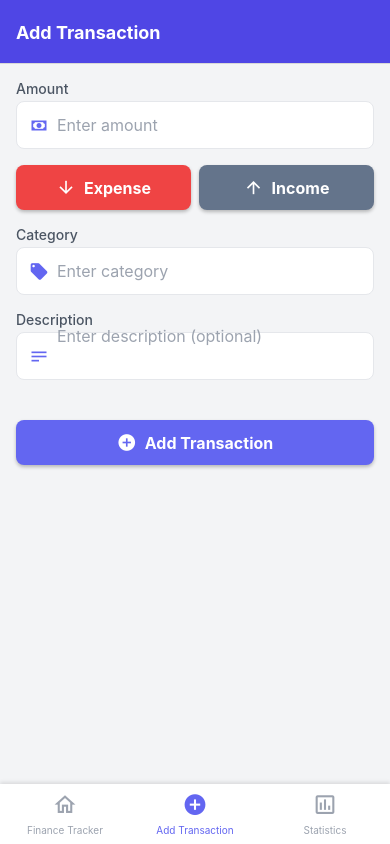
Repository: FarhanAryadi/FinTrack
Screen: /Add
These files come from the project's save history. The screen is drawn as it stood at one moment and after a run of saves; the edit follows.
The page's requests for data from a server got no answer. The app was drawn by React Native's web renderer in a window 390 px wide. The project was rebuilt for these pictures with package versions that can differ from the ones it lists, and the page was loaded fresh each time. No one was signed in, and anything a server would have sent is missing. Also part of the build but not shown: src/components/transactions/TransactionCard.tsx, src/screens/StatisticsScreen.tsx.

Above is the screen before, as saved 2025-03-06 12:50:43.

### App.tsx
import { MaterialCommunityIcons } from '@expo/vector-icons';
import { createBottomTabNavigator } from '@react-navigation/bottom-tabs';
import { NavigationContainer } from '@react-navigation/native';
import { StatusBar } from 'expo-status-bar';
import React from 'react';

import { AddTransactionScreen } from './src/screens/AddTransactionScreen';
import HomeScreen from './src/screens/HomeScreen';
import StatisticsScreen from './src/screens/StatisticsScreen';

const Tab = createBottomTabNavigator();

type IconName = React.ComponentProps<typeof MaterialCommunityIcons>['name'];

export default function App() {
	return (
		<NavigationContainer>
			<StatusBar style="light" />
			<Tab.Navigator
				screenOptions={({ route }) => ({
					tabBarIcon: ({ focused, color, size }) => {
						let iconName: IconName = 'home';

						if (route.name === 'Home') {
							iconName = focused ? 'home' : 'home-outline';
						} else if (route.name === 'Add') {
							iconName = focused ? 'plus-circle' : 'plus-circle-outline';
						} else if (route.name === 'Statistics') {
							iconName = focused ? 'chart-box' : 'chart-box-outline';
						}

						return (
							<MaterialCommunityIcons
								name={iconName}
								size={size}
								color={color}
							/>
						);
					},
					tabBarActiveTintColor: '#6366f1',
					tabBarInactiveTintColor: '#9ca3af',
					tabBarStyle: {
						backgroundColor: 'white',
						borderTopWidth: 0,
						elevation: 10,
						shadowColor: '#000',
						shadowOffset: {
							width: 0,
							height: -2,
						},
						shadowOpacity: 0.1,
						shadowRadius: 3.84,
						height: 60,
						paddingBottom: 8,
					},
					headerStyle: {
						backgroundColor: '#4f46e5',
						elevation: 0,
						shadowOpacity: 0,
					},
					headerTintColor: 'white',
					headerTitleStyle: {
						fontWeight: 'bold',
					},
				})}
			>
				<Tab.Screen
					name="Home"
					component={HomeScreen}
					options={{
						title: 'Finance Tracker',
					}}
				/>
				<Tab.Screen
					name="Add"
					component={AddTransactionScreen}
					options={{
						title: 'Add Transaction',
					}}
				/>
				<Tab.Screen
					name="Statistics"
					component={StatisticsScreen}
					options={{
						title: 'Statistics',
					}}
				/>
			</Tab.Navigator>
		</NavigationContainer>
	);
}

### src/screens/AddTransactionScreen.tsx
import React, { useState } from 'react';
import { View, StyleSheet, ScrollView } from 'react-native';
import { useNavigation } from '@react-navigation/native';
import { Button } from '../components/common/Button';
import { Input } from '../components/common/Input';
import { useTransactions } from '../hooks/useTransactions';
import { TransactionFormData } from '../types/transaction';

export const AddTransactionScreen: React.FC = () => {
	const navigation = useNavigation();
	const { createTransaction } = useTransactions();
	const [loading, setLoading] = useState(false);
	const [form, setForm] = useState<TransactionFormData>({
		amount: '',
		type: 'EXPENSE',
		category: '',
		description: '',
		date: new Date(),
	});
	const [errors, setErrors] = useState<
		Partial<Record<keyof TransactionFormData, string>>
	>({});

	const validateForm = () => {
		const newErrors: typeof errors = {};

		if (!form.amount) {
			newErrors.amount = 'Amount is required';
		} else if (isNaN(Number(form.amount))) {
			newErrors.amount = 'Amount must be a number';
		}

		if (!form.category) {
			newErrors.category = 'Category is required';
		}

		setErrors(newErrors);
		return Object.keys(newErrors).length === 0;
	};

	const handleSubmit = async () => {
		if (!validateForm()) return;

		try {
			setLoading(true);
			await createTransaction(form);
			navigation.goBack();
		} catch (error) {
			console.error('Error creating transaction:', error);
		} finally {
			setLoading(false);
		}
	};

	return (
		<ScrollView style={styles.container}>
			<View style={styles.form}>
				<Input
					label="Amount"
					placeholder="Enter amount"
					keyboardType="numeric"
					value={form.amount}
					onChangeText={(value) => setForm({ ...form, amount: value })}
					error={errors.amount}
					icon="cash"
				/>

				<View style={styles.buttonGroup}>
					<Button
						title="Expense"
						variant={form.type === 'EXPENSE' ? 'danger' : 'secondary'}
						onPress={() => setForm({ ...form, type: 'EXPENSE' })}
						style={styles.typeButton}
						icon="arrow-down"
					/>
					<Button
						title="Income"
						variant={form.type === 'INCOME' ? 'success' : 'secondary'}
						onPress={() => setForm({ ...form, type: 'INCOME' })}
						style={styles.typeButton}
						icon="arrow-up"
					/>
				</View>

				<Input
					label="Category"
					placeholder="Enter category"
					value={form.category}
					onChangeText={(value) => setForm({ ...form, category: value })}
					error={errors.category}
					icon="tag"
				/>

				<Input
					label="Description"
					placeholder="Enter description (optional)"
					value={form.description}
					onChangeText={(value) => setForm({ ...form, description: value })}
					multiline
					numberOfLines={3}
					icon="text"
				/>

				<Button
					title="Add Transaction"
					onPress={handleSubmit}
					loading={loading}
					icon="plus-circle"
					style={styles.submitButton}
				/>
			</View>
		</ScrollView>
	);
};

const styles = StyleSheet.create({
	container: {
		flex: 1,
		backgroundColor: '#f3f4f6',
	},
	form: {
		padding: 16,
	},
	buttonGroup: {
		flexDirection: 'row',
		gap: 8,
		marginBottom: 16,
	},
	typeButton: {
		flex: 1,
	},
	submitButton: {
		marginTop: 24,
	},
});

### src/screens/HomeScreen.tsx
import React, { useEffect } from 'react';
import { View, FlatList, RefreshControl, StyleSheet } from 'react-native';
import { Header } from '../components/common/Header';
import { TransactionCard } from '../components/transactions/TransactionCard';
import { useTransactions } from '../hooks/useTransactions';
import { Transaction } from '../types/transaction';

const HomeScreen: React.FC = () => {
	const { transactions, isLoading, error, fetchTransactions } =
		useTransactions();

	useEffect(() => {
		fetchTransactions();
	}, [fetchTransactions]);

	const totalBalance = transactions.reduce((acc, curr) => {
		return acc + (curr.type === 'INCOME' ? curr.amount : -curr.amount);
	}, 0);

	const renderTransaction = ({ item }: { item: Transaction }) => (
		<TransactionCard
			transaction={item}
			onPress={(transaction) => {
				// Handle transaction press
				console.log('Transaction pressed:', transaction);
			}}
		/>
	);

	return (
		<View style={styles.container}>
			<Header
				title="My Wallet"
				subtitle="Current Balance"
				amount={totalBalance}
			/>
			<FlatList
				data={transactions}
				renderItem={renderTransaction}
				keyExtractor={(item) => item.id}
				contentContainerStyle={styles.listContent}
				refreshControl={
					<RefreshControl
						refreshing={isLoading}
						onRefresh={fetchTransactions}
						tintColor="#6366f1"
					/>
				}
			/>
		</View>
	);
};

const styles = StyleSheet.create({
	container: {
		flex: 1,
		backgroundColor: '#f3f4f6',
	},
	listContent: {
		paddingVertical: 16,
	},
});

export default HomeScreen;

### src/components/common/Button.tsx
import { MaterialCommunityIcons } from '@expo/vector-icons';
import React from 'react';
import {
	ActivityIndicator,
	StyleSheet,
	Text,
	TextStyle,
	TouchableOpacity,
	View,
	ViewStyle,
} from 'react-native';

type IconName = React.ComponentProps<typeof MaterialCommunityIcons>['name'];

interface ButtonProps {
	title: string;
	onPress: () => void;
	variant?: 'primary' | 'secondary' | 'success' | 'danger';
	loading?: boolean;
	icon?: IconName;
	style?: ViewStyle;
	textStyle?: TextStyle;
	disabled?: boolean;
}

const getVariantColor = (variant: string) => {
	const colors = {
		primary: '#6366f1',
		secondary: '#64748b',
		success: '#22c55e',
		danger: '#ef4444',
	};
	return colors[variant as keyof typeof colors] || colors.primary;
};

export const Button: React.FC<ButtonProps> = ({
	title,
	onPress,
	variant = 'primary',
	loading = false,
	icon,
	style,
	textStyle,
	disabled = false,
}) => {
	const backgroundColor = getVariantColor(variant);

	return (
		<TouchableOpacity
			onPress={onPress}
			disabled={loading || disabled}
			activeOpacity={0.8}
			style={[
				styles.button,
				{ backgroundColor },
				disabled && styles.disabled,
				style,
			]}
		>
			{loading ? (
				<ActivityIndicator color="white" />
			) : (
				<View style={styles.content}>
					{icon && (
						<MaterialCommunityIcons
							name={icon}
							size={20}
							color="white"
							style={styles.icon}
						/>
					)}
					<Text style={[styles.text, textStyle]}>{title}</Text>
				</View>
			)}
		</TouchableOpacity>
	);
};

const styles = StyleSheet.create({
	button: {
		padding: 12,
		borderRadius: 8,
		elevation: 2,
		shadowColor: '#000',
		shadowOffset: {
			width: 0,
			height: 2,
		},
		shadowOpacity: 0.25,
		shadowRadius: 3.84,
	},
	content: {
		flexDirection: 'row',
		alignItems: 'center',
		justifyContent: 'center',
	},
	text: {
		color: 'white',
		fontSize: 16,
		fontWeight: 'bold',
		textAlign: 'center',
	},
	icon: {
		marginRight: 8,
	},
	disabled: {
		opacity: 0.6,
	},
});

### src/components/common/Input.tsx
import React from 'react';
import {
  View,
  TextInput,
  Text,
  StyleSheet,
  TextInputProps,
  ViewStyle,
} from 'react-native';
import { MaterialCommunityIcons } from '@expo/vector-icons';

interface InputProps extends TextInputProps {
  label?: string;
  error?: string;
  icon?: string;
  containerStyle?: ViewStyle;
}

type IconName = React.ComponentProps<typeof MaterialCommunityIcons>['name'];

export const Input: React.FC<InputProps> = ({
  label,
  error,
  icon,
  containerStyle,
  ...props
}) => {
  return (
    <View style={[styles.container, containerStyle]}>
      {label && <Text style={styles.label}>{label}</Text>}
      <View style={[
        styles.inputContainer,
        error ? styles.inputError : null,
        props.editable === false ? styles.inputDisabled : null,
      ]}>
        {icon && (
          <MaterialCommunityIcons
            name={icon as IconName}
            size={20}
            color={error ? '#ef4444' : '#6366f1'}
            style={styles.icon}
          />
        )}
        <TextInput
          style={styles.input}
          placeholderTextColor="#9ca3af"
          {...props}
        />
      </View>
      {error && (
        <Text style={styles.errorText}>
          {error}
        </Text>
      )}
    </View>
  );
};

const styles = StyleSheet.create({
  container: {
    marginBottom: 16,
  },
  label: {
    fontSize: 14,
    fontWeight: '500',
    color: '#4b5563',
    marginBottom: 4,
  },
  inputContainer: {
    flexDirection: 'row',
    alignItems: 'center',
    backgroundColor: 'white',
    borderWidth: 1,
    borderColor: '#e5e7eb',
    borderRadius: 8,
    paddingHorizontal: 12,
    height: 48,
  },
  input: {
    flex: 1,
    fontSize: 16,
    color: '#1f2937',
  },
  icon: {
    marginRight: 8,
  },
  inputError: {
    borderColor: '#ef4444',
  },
  inputDisabled: {
    backgroundColor: '#f3f4f6',
    borderColor: '#e5e7eb',
  },
  errorText: {
    color: '#ef4444',
    fontSize: 12,
    marginTop: 4,
  },
});

### src/hooks/useTransactions.ts
import { useCallback, useState } from 'react';
import { transactionService } from '../api/transactionService';
import { Transaction, TransactionFormData } from '../types/transaction';

export const useTransactions = () => {
	const [transactions, setTransactions] = useState<Transaction[]>([]);
	const [isLoading, setIsLoading] = useState(false);
	const [error, setError] = useState<string | null>(null);

	const fetchTransactions = useCallback(async () => {
		try {
			setIsLoading(true);
			setError(null);
			const data = await transactionService.getAllTransactions();
			setTransactions(data);
		} catch (err) {
			setError('Failed to fetch transactions');
			console.error(err);
		} finally {
			setIsLoading(false);
		}
	}, []);

	const createTransaction = useCallback(async (data: TransactionFormData) => {
		try {
			setIsLoading(true);
			setError(null);
			const newTransaction = await transactionService.createTransaction(data);
			setTransactions((prev) => [newTransaction, ...prev]);
			return newTransaction;
		} catch (err) {
			setError('Failed to create transaction');
			console.error(err);
			throw err;
		} finally {
			setIsLoading(false);
		}
	}, []);

	const updateTransaction = useCallback(
		async (id: string, data: Partial<TransactionFormData>) => {
			try {
				setIsLoading(true);
				setError(null);
				const updatedTransaction = await transactionService.updateTransaction(
					id,
					data
				);
				setTransactions((prev) =>
					prev.map((t) => (t.id === id ? updatedTransaction : t))
				);
				return updatedTransaction;
			} catch (err) {
				setError('Failed to update transaction');
				console.error(err);
				throw err;
			} finally {
				setIsLoading(false);
			}
		},
		[]
	);

	const deleteTransaction = useCallback(async (id: string) => {
		try {
			setIsLoading(true);
			setError(null);
			await transactionService.deleteTransaction(id);
			setTransactions((prev) => prev.filter((t) => t.id !== id));
		} catch (err) {
			setError('Failed to delete transaction');
			console.error(err);
			throw err;
		} finally {
			setIsLoading(false);
		}
	}, []);

	const getTransactionsByDateRange = useCallback(
		async (startDate: Date, endDate: Date) => {
			try {
				setIsLoading(true);
				setError(null);
				const data = await transactionService.getTransactionsByDateRange(
					startDate,
					endDate
				);
				return data;
			} catch (err) {
				setError('Failed to fetch transactions by date range');
				console.error(err);
				throw err;
			} finally {
				setIsLoading(false);
			}
		},
		[]
	);

	return {
		transactions,
		isLoading,
		error,
		fetchTransactions,
		createTransaction,
		updateTransaction,
		deleteTransaction,
		getTransactionsByDateRange,
	};
};

### src/components/common/Header.tsx
import React from 'react';
import { StyleSheet, Text, View } from 'react-native';
import { colors } from '../../constants/colors';

interface HeaderProps {
	title: string;
	subtitle?: string;
	amount?: number;
}

export const Header: React.FC<HeaderProps> = ({ title, subtitle, amount }) => {
	return (
		<View style={styles.container}>
			<View style={styles.content}>
				<Text style={styles.title}>{title}</Text>
				{subtitle && <Text style={styles.subtitle}>{subtitle}</Text>}
				{amount !== undefined && (
					<Text style={styles.amount}>${amount.toFixed(2)}</Text>
				)}
			</View>
		</View>
	);
};

const styles = StyleSheet.create({
	container: {
		paddingVertical: 32,
		paddingHorizontal: 16,
		borderBottomLeftRadius: 24,
		borderBottomRightRadius: 24,
		backgroundColor: colors.primary.main,
		shadowColor: colors.primary.dark,
		shadowOffset: {
			width: 0,
			height: 2,
		},
		shadowOpacity: 0.1,
		shadowRadius: 3.84,
		elevation: 5,
	},
	content: {
		alignItems: 'center',
	},
	title: {
		fontSize: 24,
		fontWeight: 'bold',
		color: colors.text.inverse,
		textAlign: 'center',
	},
	subtitle: {
		fontSize: 16,
		color: 'rgba(255, 255, 255, 0.8)',
		marginTop: 8,
		textAlign: 'center',
	},
	amount: {
		fontSize: 36,
		fontWeight: 'bold',
		color: colors.text.inverse,
		marginTop: 16,
	},
});

### src/api/transactionService.ts
import { Transaction, TransactionFormData } from '../types/transaction';
import { API_CONFIG } from '../config/api';

export const transactionService = {
	async getAllTransactions(): Promise<Transaction[]> {
		try {
			const response = await fetch(`${API_CONFIG.BASE_URL}${API_CONFIG.ENDPOINTS.TRANSACTIONS}`);
			if (!response.ok) {
				throw new Error('Failed to fetch transactions');
			}
			const data = await response.json();
			return data.map((transaction: any) => ({
				...transaction,
				date: new Date(transaction.date),
				createdAt: new Date(transaction.createdAt),
				updatedAt: new Date(transaction.updatedAt),
			}));
		} catch (error) {
			console.error('Error fetching transactions:', error);
			throw error;
		}
	},

	async createTransaction(data: TransactionFormData): Promise<Transaction> {
		try {
			const response = await fetch(
				`${API_CONFIG.BASE_URL}${API_CONFIG.ENDPOINTS.TRANSACTIONS}`,
				{
					method: 'POST',
					headers: {
						'Content-Type': 'application/json',
					},
					body: JSON.stringify({
						...data,
						amount: parseFloat(data.amount),
					}),
				}
			);
			if (!response.ok) {
				throw new Error('Failed to create transaction');
			}
			const transaction = await response.json();
			return {
				...transaction,
				date: new Date(transaction.date),
				createdAt: new Date(transaction.createdAt),
				updatedAt: new Date(transaction.updatedAt),
			};
		} catch (error) {
			console.error('Error creating transaction:', error);
			throw error;
		}
	},

	async updateTransaction(
		id: string,
		data: Partial<TransactionFormData>
	): Promise<Transaction> {
		try {
			const response = await fetch(
				`${API_CONFIG.BASE_URL}${API_CONFIG.ENDPOINTS.TRANSACTION_BY_ID(id)}`,
				{
					method: 'PUT',
					headers: {
						'Content-Type': 'application/json',
					},
					body: JSON.stringify({
						...data,
						amount: data.amount ? parseFloat(data.amount) : undefined,
					}),
				}
			);
			if (!response.ok) {
				throw new Error('Failed to update transaction');
			}
			const transaction = await response.json();
			return {
				...transaction,
				date: new Date(transaction.date),
				createdAt: new Date(transaction.createdAt),
				updatedAt: new Date(transaction.updatedAt),
			};
		} catch (error) {
			console.error('Error updating transaction:', error);
			throw error;
		}
	},

	async deleteTransaction(id: string): Promise<void> {
		try {
			const response = await fetch(
				`${API_CONFIG.BASE_URL}${API_CONFIG.ENDPOINTS.TRANSACTION_BY_ID(id)}`,
				{
					method: 'DELETE',
				}
			);
			if (!response.ok) {
				throw new Error('Failed to delete transaction');
			}
		} catch (error) {
			console.error('Error deleting transaction:', error);
			throw error;
		}
	},

	async getTransactionsByDateRange(
		startDate: Date,
		endDate: Date
	): Promise<Transaction[]> {
		try {
			const response = await fetch(
				`${API_CONFIG.BASE_URL}${API_CONFIG.ENDPOINTS.TRANSACTIONS_BY_DATE_RANGE}?start=${startDate.toISOString()}&end=${endDate.toISOString()}`
			);
			if (!response.ok) {
				throw new Error('Failed to fetch transactions by date range');
			}
			const data = await response.json();
			return data.map((transaction: any) => ({
				...transaction,
				date: new Date(transaction.date),
				createdAt: new Date(transaction.createdAt),
				updatedAt: new Date(transaction.updatedAt),
			}));
		} catch (error) {
			console.error('Error fetching transactions by date range:', error);
			throw error;
		}
	},
};

### src/constants/colors.ts
export const colors = {
  // Primary Colors
  primary: {
    light: '#818cf8',
    main: '#6366f1',
    dark: '#4f46e5',
    surface: '#eef2ff',
  },

  // Status Colors
  success: {
    light: '#86efac',
    main: '#22c55e',
    dark: '#16a34a',
    surface: '#f0fdf4',
  },
  danger: {
    light: '#fca5a5',
    main: '#ef4444',
    dark: '#dc2626',
    surface: '#fef2f2',
  },
  warning: {
    light: '#fcd34d',
    main: '#f59e0b',
    dark: '#d97706',
    surface: '#fffbeb',
  },

  // Neutral Colors
  background: '#f8fafc',
  card: '#ffffff',
  border: '#e2e8f0',

  // Text Colors
  text: {
    primary: '#1e293b',
    secondary: '#64748b',
    disabled: '#94a3b8',
    inverse: '#ffffff',
  },

  // Transaction Types
  transaction: {
    income: {
      light: '#86efac',
      main: '#22c55e',
      dark: '#16a34a',
    },
    expense: {
      light: '#fca5a5',
      main: '#ef4444',
      dark: '#dc2626',
    },
  },
};

### src/config/api.ts
// Ganti 192.168.1.X dengan IP address komputer Anda
export const API_CONFIG = {
	BASE_URL: 'http://192.168.88.247:3000/api',
	ENDPOINTS: {
		TRANSACTIONS: '/transactions',
		TRANSACTION_BY_ID: (id: string) => `/transactions/${id}`,
		TRANSACTIONS_BY_DATE_RANGE: '/transactions/range',
	},
};

After the next 2 saves:
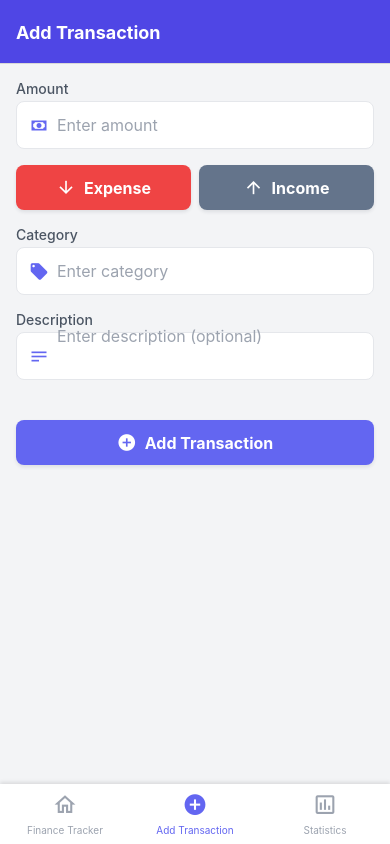
The 2 saves are shown as one change because they came seconds apart.
The last was saved 22 s later.
--- a/src/components/common/Button.tsx
+++ b/src/components/common/Button.tsx
@@ -9,6 +9,7 @@ import {
 	View,
 	ViewStyle,
 } from 'react-native';
+import { colors } from '../../constants/colors';
 
 type IconName = React.ComponentProps<typeof MaterialCommunityIcons>['name'];
 
@@ -24,13 +25,13 @@ interface ButtonProps {
 }
 
 const getVariantColor = (variant: string) => {
-	const colors = {
-		primary: '#6366f1',
-		secondary: '#64748b',
-		success: '#22c55e',
-		danger: '#ef4444',
+	const colorMap = {
+		primary: colors.primary.main,
+		secondary: colors.text.secondary,
+		success: colors.success.main,
+		danger: colors.danger.main,
 	};
-	return colors[variant as keyof typeof colors] || colors.primary;
+	return colorMap[variant as keyof typeof colorMap] || colorMap.primary;
 };
 
 export const Button: React.FC<ButtonProps> = ({
@@ -58,14 +59,14 @@ export const Button: React.FC<ButtonProps> = ({
 			]}
 		>
 			{loading ? (
-				<ActivityIndicator color="white" />
+				<ActivityIndicator color={colors.text.inverse} />
 			) : (
 				<View style={styles.content}>
 					{icon && (
 						<MaterialCommunityIcons
 							name={icon}
 							size={20}
-							color="white"
+							color={colors.text.inverse}
 							style={styles.icon}
 						/>
 					)}
@@ -81,12 +82,12 @@ const styles = StyleSheet.create({
 		padding: 12,
 		borderRadius: 8,
 		elevation: 2,
-		shadowColor: '#000',
+		shadowColor: colors.text.primary,
 		shadowOffset: {
 			width: 0,
 			height: 2,
 		},
-		shadowOpacity: 0.25,
+		shadowOpacity: 0.1,
 		shadowRadius: 3.84,
 	},
 	content: {
@@ -95,7 +96,7 @@ const styles = StyleSheet.create({
 		justifyContent: 'center',
 	},
 	text: {
-		color: 'white',
+		color: colors.text.inverse,
 		fontSize: 16,
 		fontWeight: 'bold',
 		textAlign: 'center',
